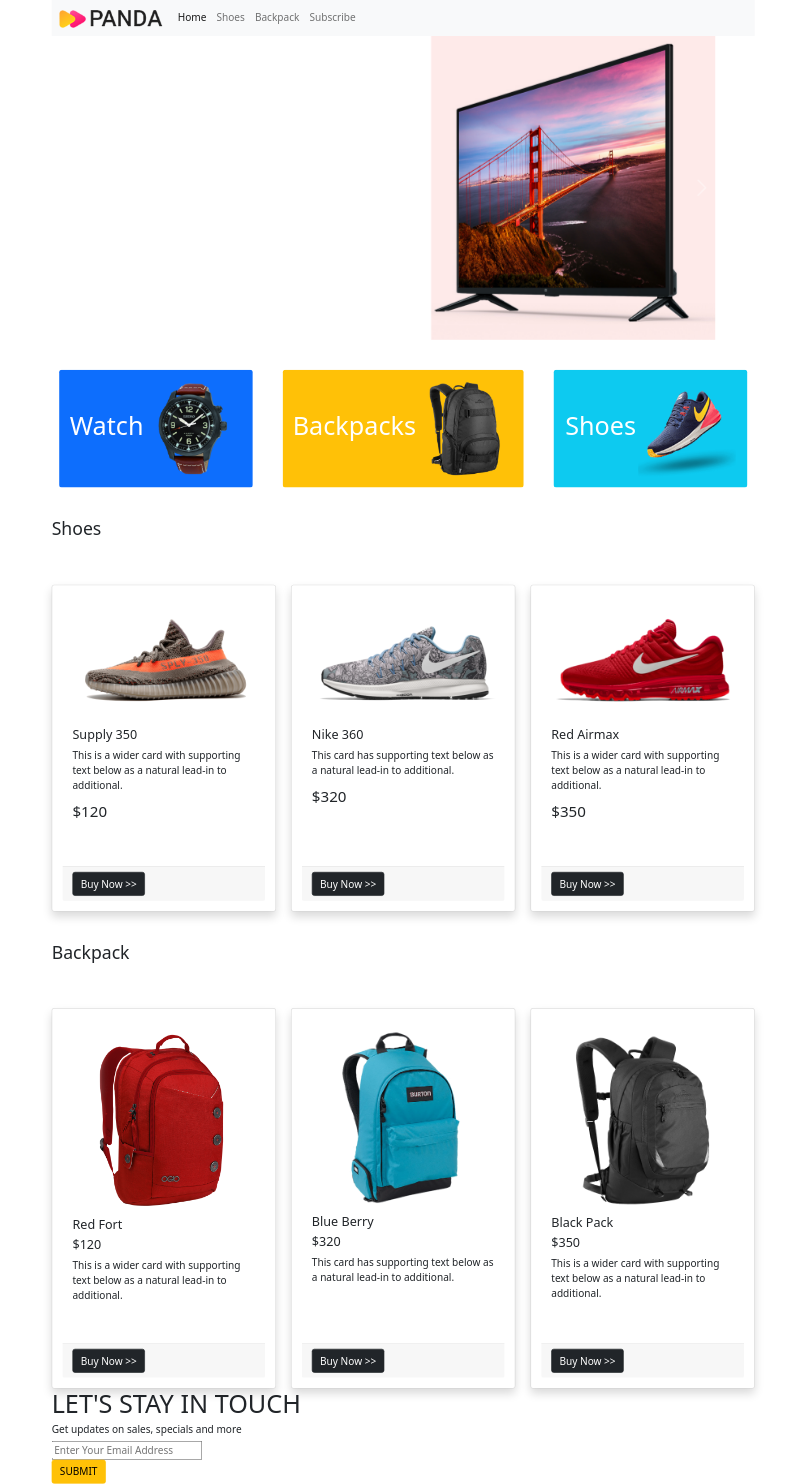
Repository: omarhasnain/panda-commerce-bootstrap
Page: index.html
An editor plug-in stored every save of this project. The page is shown before and after the next save, followed by the edit.
The browser window is 1280 px wide. The pictures show the whole page, at 63% of full size.

Above is the page before, as saved 2021-01-14 17:27:23.

After the next save:
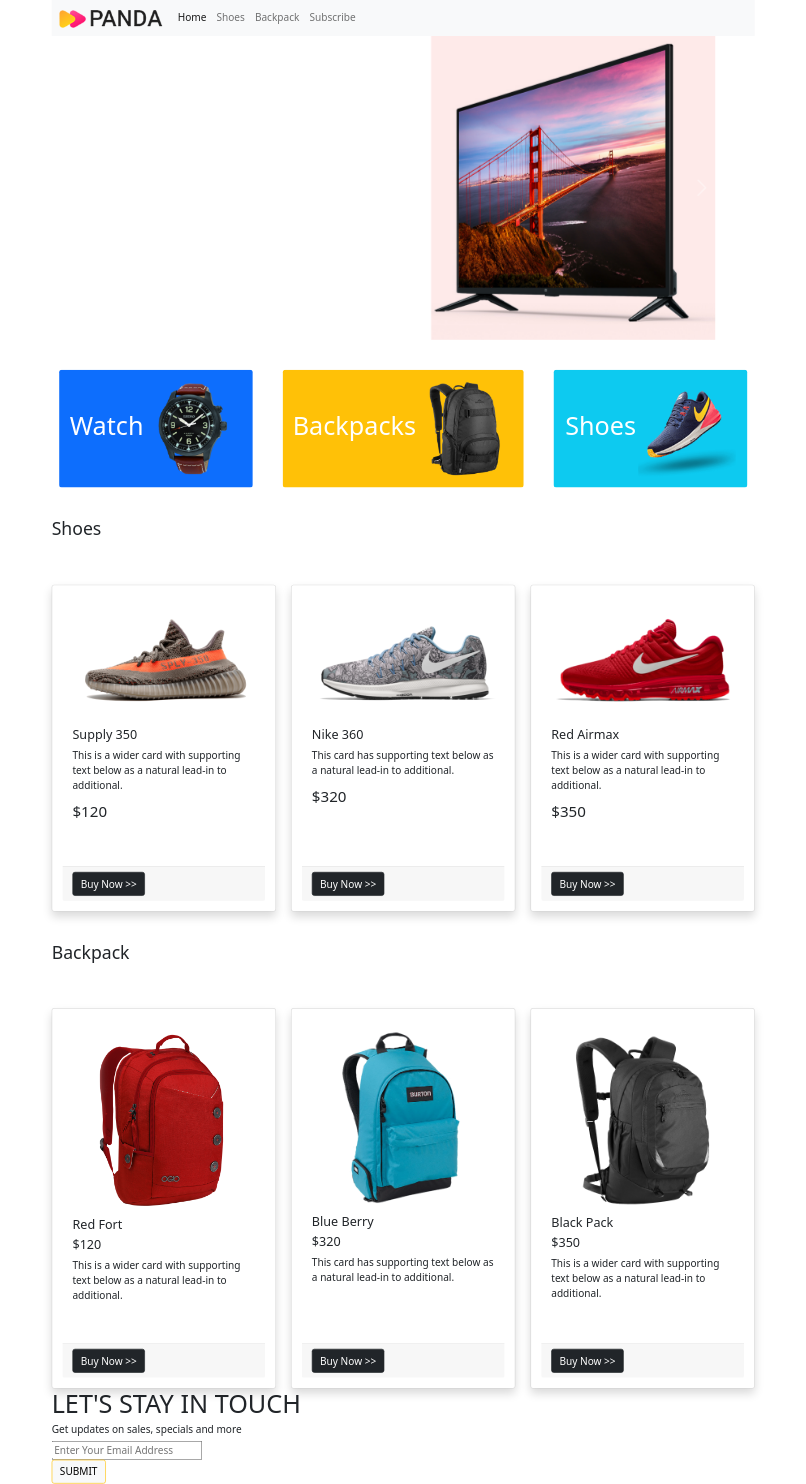
Saved 26 s later.
--- a/index.html
+++ b/index.html
@@ -202,7 +202,7 @@
             <h6>Get updates on sales, specials and more</h6>
             <input type="text" placeholder="Enter Your Email Address">
             <div>
-            <button class="btn btn-warning radius bg-pink">SUBMIT</button>
+            <button class="btn btn-warning radius bg-light">SUBMIT</button>
             </div>
         </section>
 

After the save that followed:
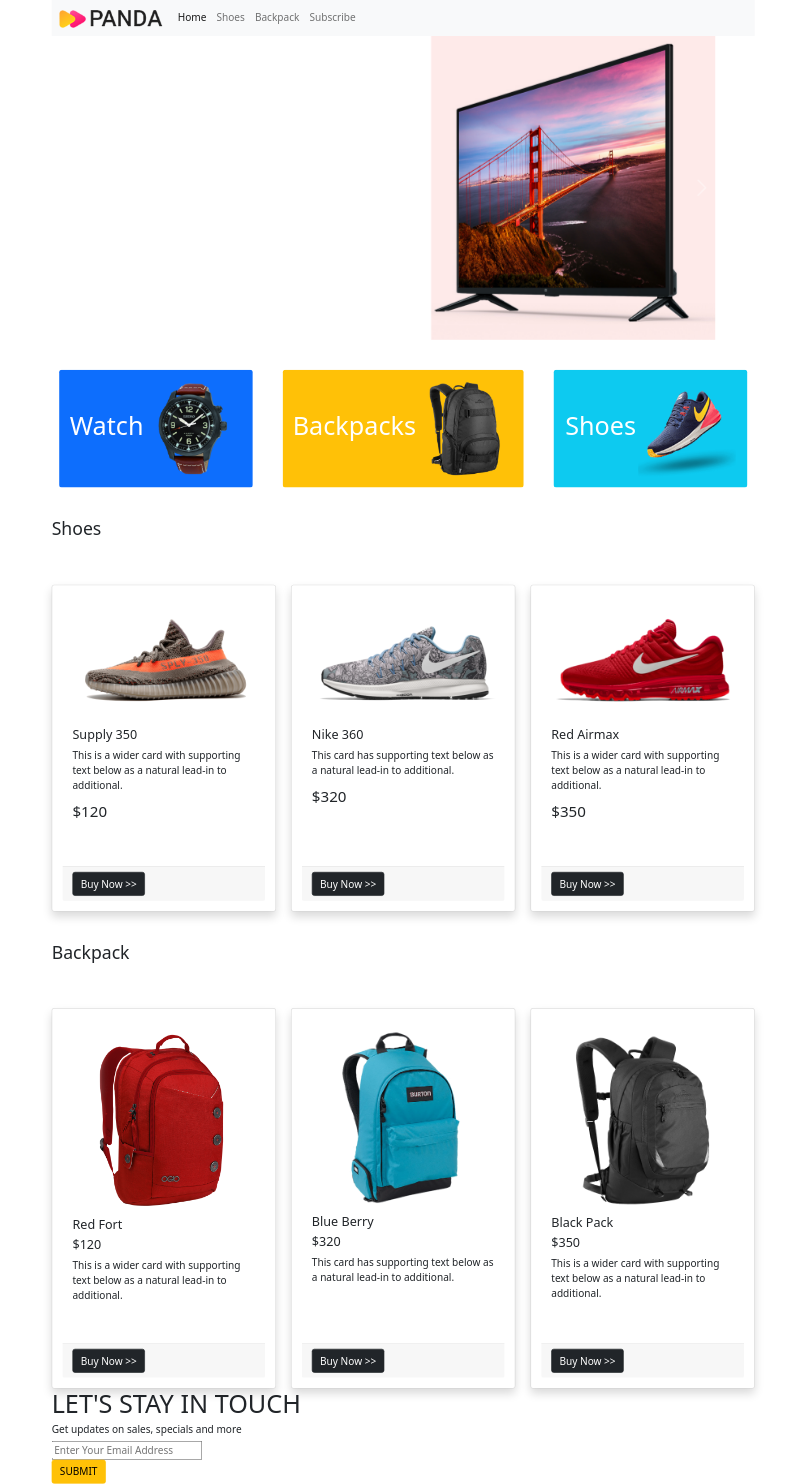
Saved 12 s later.
--- a/index.html
+++ b/index.html
@@ -202,7 +202,7 @@
             <h6>Get updates on sales, specials and more</h6>
             <input type="text" placeholder="Enter Your Email Address">
             <div>
-            <button class="btn btn-warning radius bg-light">SUBMIT</button>
+            <button class="btn btn-warning radius ">SUBMIT</button>
             </div>
         </section>
 
